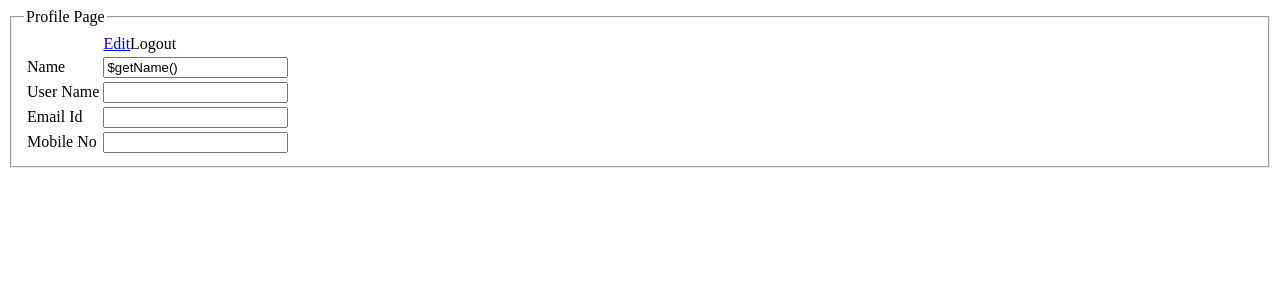
Repository: nosranijuned/WebRegister
Page: WebRegister/WebContent/view/ProfilePage.html
The author's editor kept a copy of each file at every save. The page is drawn from the files as they stood at one save, then again after the next save.
The browser window is 1280 px wide. The pictures show the whole page.

Above is the page before, as saved 2019-03-12 06:55:42.

After the next save:
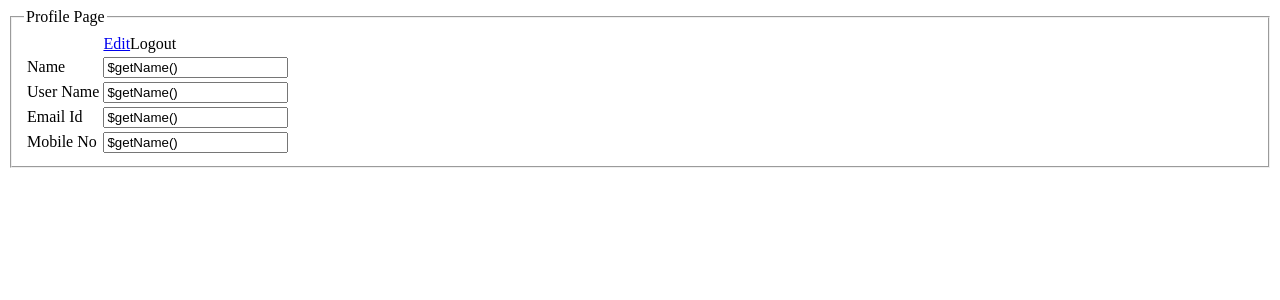
Saved 18 s later.
--- a/WebRegister/WebContent/view/ProfilePage.html
+++ b/WebRegister/WebContent/view/ProfilePage.html
@@ -11,9 +11,9 @@
 		<table>
 			<tr><td></td><td><a href="EditProfile.html">Edit</a><a>Logout</a></td></tr>
 			<tr><td>Name</td><td><input type="text" name="name" value="$getName()" readonly></td></tr>
-			<tr><td>User Name</td><td><input type="text" name="uname" readonly></td></tr>
-			<tr><td>Email Id</td><td><input type="email" name="email" readonly></td></tr>
-			<tr><td>Mobile No</td><td><input type="text" name="mobile" readonly></td></tr>
+			<tr><td>User Name</td><td><input type="text" name="uname" value="$getName()" readonly></td></tr>
+			<tr><td>Email Id</td><td><input type="email" name="email" value="$getName()" readonly></td></tr>
+			<tr><td>Mobile No</td><td><input type="text" name="mobile" value="$getName()" readonly></td></tr>
 		</table>
 	</fieldset>
 </form>
